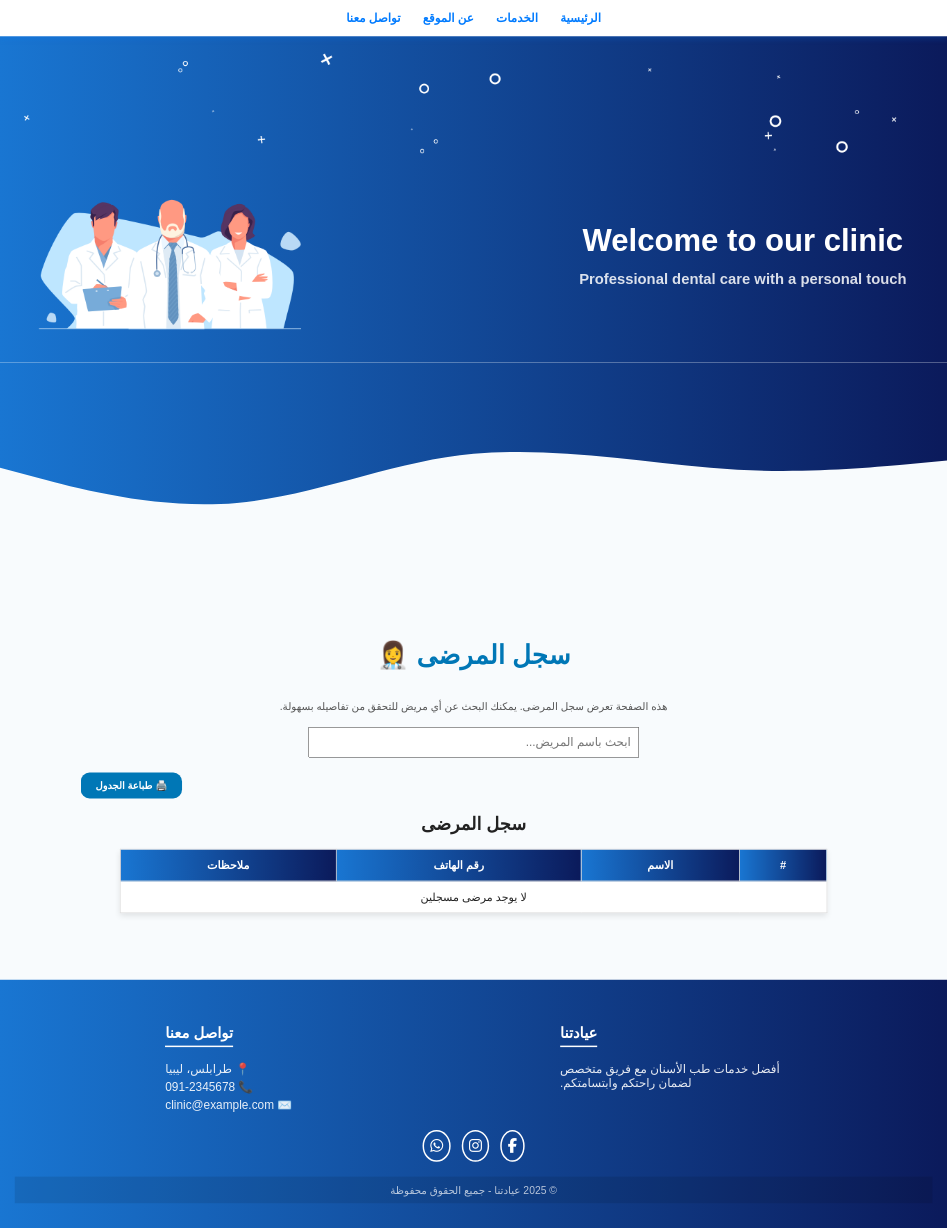
Repository: mysite4/s
Page: http://localhost/services/patients/
The author's editor kept a copy of each file at every save. The page is drawn from the files as they stood at one save, then again after the next save.
The browser window is 1280 px wide. The pictures show the whole page, at 74% of full size.
Some web fonts or font styles are not loaded; a fallback is used. The page is served by the project's application, run on Django 5.2 (manage.py). Other server files are loaded and not shown. Queries for data that is not in the repository find no rows.

Above is the page before, as saved 2025-12-20 16:50:49.

### main/templates/services/patients.html
{% extends 'base.html' %}
{% load static %}

{% block content %}
<link rel="stylesheet" href="{% static 'css/dashboard.css' %}">

<style>
/* ===== الطباعة ===== */
@media print {
  body * {
    visibility: hidden;
  }

  #print-area, #print-area * {
    visibility: visible;
  }

  #print-area {
    position: absolute;
    left: 0;
    top: 0;
    width: 100%;
  }

  .no-print {
    display: none !important;
  }
}
</style>

<div class="page-container fade-in">
  <h1 class="page-title">سجل المرضى 👩‍⚕️</h1>
  <p class="page-desc">هذه الصفحة تعرض سجل المرضى. يمكنك البحث عن أي مريض للتحقق من تفاصيله بسهولة.</p>

  <!-- البحث -->
  <input type="text" id="search" class="no-print" placeholder="ابحث باسم المريض...">

  <!-- زر الطباعة -->
  <div class="no-print" style="text-align:left; margin-bottom:10px;">
    <button onclick="printTable()" class="btn-main">🖨️ طباعة الجدول</button>
  </div>

  <!-- منطقة الطباعة -->
  <div id="print-area">
    <h2 style="text-align:center;">سجل المرضى</h2>

    <table id="patients-table">
      <thead>
        <tr>
          <th>#</th>
          <th>الاسم</th>
          <th>رقم الهاتف</th>
          <th>ملاحظات</th>
        </tr>
      </thead>
      <tbody>
        {% for patient in patients %}
        <tr>
          <td>{{ forloop.counter }}</td>
          <td>{{ patient.name }}</td>
          <td>{{ patient.phone }}</td>
          <td>{{ patient.notes }}</td>
        </tr>
        {% empty %}
        <tr>
          <td colspan="4">لا يوجد مرضى مسجلين</td>
        </tr>
        {% endfor %}
      </tbody>
    </table>
  </div>
</div>

<script>
/* البحث */
document.getElementById('search').addEventListener('keyup', function() {
  const filter = this.value.toLowerCase();
  const rows = document.querySelectorAll('#patients-table tbody tr');

  rows.forEach(row => {
    const name = row.cells[1].textContent.toLowerCase();
    row.style.display = name.includes(filter) ? '' : 'none';
  });
});

/* الطباعة */
function printTable() {
  window.print();
}
</script>

<style>
/* ===== تنسيق الجدول ===== */
#patients-table {
  width: 90%;
  margin: 20px auto;
  border-collapse: collapse;
  box-shadow: 0 4px 8px rgba(0,0,0,0.1);
  font-size: 15px;
  background-color: #fff;
}

#patients-table th,
#patients-table td {
  padding: 12px;
  text-align: center;
  border: 1px solid #ddd;
}

#patients-table th {
  background: linear-gradient(to right, #1976d2, #0b1a5b);
  color: white;
}

#patients-table tr:nth-child(even) {
  background-color: #f9f9f9;
}

#patients-table tr:hover {
  background-color: #f1f1f1;
}

#search {
  display: block;
  width: 40%;
  margin: 20px auto;
  padding: 10px;
  font-size: 16px;
}

.page-desc {
  text-align: center;
  font-size: 14px;
  color: #555;
}
</style>

{% endblock %}

### main/templates/base.html
{% load static %}
<!DOCTYPE html>
<html lang="ar" dir="rtl">
<head>
<meta charset="UTF-8">
<meta name="viewport" content="width=device-width, initial-scale=1.0">
<title>{% block title %}عيادتنا{% endblock %}</title>
<link href="https://fonts.googleapis.com/css2?family=Cairo:wght@200..1000&display=swap" rel="stylesheet">
<link rel="stylesheet" href="https://cdn.jsdelivr.net/npm/swiper@10/swiper-bundle.min.css"/>
<link rel="stylesheet" href="https://cdnjs.cloudflare.com/ajax/libs/font-awesome/6.5.0/css/all.min.css">
<link rel="stylesheet" href="{% static 'css/style.css' %}">
{% block extra_head %}{% endblock %}
</head>
<body>

<!-- الهيدر -->
<nav>
  <ul>
    <li>{% if request.path == '/' %}
  <a href="#" class="active">الرئيسية</a>
{% else %}
  <a href="{% url 'home' %}">الرئيسية</a>
{% endif %}
</li>
    <li>
    {% if request.path == '/' %}
      <a href="#services">الخدمات</a>
    {% else %}
      <a href="{% url 'home' %}#services">الخدمات</a>
    {% endif %}
  </li>
    <li>
    {% if request.path == '/' %}
      <a href="#about">عن الموقع</a>
    {% else %}
      <a href="{% url 'home' %}#about">عن الموقع</a>
    {% endif %}
  </li>
    <li><a href="#contact">تواصل معنا</a></li>
  </ul>
</nav>

<header id="home">
  <div class="header-image">
    <img src="{% static 'image/44.png' %}" alt="صورة شفافة">
  </div>
  <div class="header-content">
    <div class="header-text">
      <h1>Welcome to our clinic</h1>
      <h3>Professional dental care with a personal touch</h3>
    </div>
    <div class="header-icon">
      <img src="{% static 'image/r.png.png' %}" alt="ريم">
    </div>
  </div>
</header>
<!-- موجة -->
<svg class="waves" xmlns="http://www.w3.org/2000/svg" viewBox="0 0 1440 320">
  <defs>
    <linearGradient id="waveGradient" x1="0%" y1="0%" x2="100%" y2="0%">
      <stop offset="0%" style="stop-color:#1976d2;stop-opacity:1" />
      <stop offset="100%" style="stop-color:#0b1a5b;stop-opacity:1"/>
    </linearGradient>
  </defs>
  <path fill="url(#waveGradient)" d="M0,160L60,176C120,192,240,224,360,213.3C480,203,600,149,720,138.7C840,128,960,149,1080,160C1200,171,1320,160,1380,154.7L1440,149L1440,0L0,0Z"></path>
</svg>
<!-- مكان المحتوى لكل صفحة -->
<main>
  {% block content %}{% endblock %}
</main>

<!-- الفوتر -->
<footer id="contact">
  <div class="footer-container">
    <div class="footer-col">
      <h3>عيادتنا</h3>
      <p>أفضل خدمات طب الأسنان مع فريق متخصص لضمان راحتكم وابتسامتكم.</p>
    </div>

    <div class="footer-col">
      <h3>تواصل معنا</h3>
      <ul>
        <li>📍 طرابلس، ليبيا</li>
        <li>📞 091-2345678</li>
        <li>✉️ clinic@example.com</li>
      </ul>
    </div>
  </div>

  <div class="social-icons">
    <a href="#"><i class="fab fa-facebook-f"></i></a>
    <a href="#"><i class="fab fa-instagram"></i></a>
    <a href="#"><i class="fab fa-whatsapp"></i></a>
  </div>

  <p class="bottom-text">© 2025 عيادتنا - جميع الحقوق محفوظة</p>
</footer>

<script src="https://cdn.jsdelivr.net/npm/swiper@10/swiper-bundle.min.js"></script>
{% block extra_js %}{% endblock %}

<!-- Bootstrap JS -->
<script src="https://cdn.jsdelivr.net/npm/bootstrap@5.3.0/dist/js/bootstrap.bundle.min.js"></script>

</body>
</html>

### main/forms.py
from django import forms
from .models import Appointment, Patient

# ---------------- Appointment Form ----------------
class AppointmentForm(forms.ModelForm):
    PAYMENT_CHOICES = (
        ("cash", "كاش"),
        ("card", "بطاقة"),
        ("not_paid", "غير مدفوع"),
    )
    payment_method = forms.ChoiceField(choices=PAYMENT_CHOICES, label="طريقة الدفع")

    class Meta:
        model = Appointment
        fields = ['name', 'phone', 'doctor', 'date', 'time', 'message']
        widgets = {
            'date': forms.DateInput(attrs={'type': 'date'}),
            'time': forms.TimeInput(attrs={'type': 'time'}),
        }

# ---------------- Patient Form ----------------
class PatientForm(forms.ModelForm):
    class Meta:
        model = Patient
        fields = ['name', 'age', 'gender', 'phone', 'disease', 'notes']

### main/models.py
from django.db import models
from django.utils import timezone

# ---------------------- Doctors ----------------------
class Doctor(models.Model):
    name = models.CharField(max_length=100)
    specialty = models.CharField(max_length=100)

    def __str__(self):
        return f"{self.name} - {self.specialty}"


# ---------------------- Patients ----------------------
class Patient(models.Model):
    name = models.CharField(max_length=100)
    age = models.IntegerField(blank=True, null=True)
    gender = models.CharField(max_length=10)
    phone = models.CharField(max_length=15)
    disease = models.CharField(max_length=200, blank=True, null=True)
    created_at = models.DateTimeField(auto_now_add=True)
    notes = models.TextField(blank=True, null=True)

    def __str__(self):
        return self.name


# ---------------------- Appointment ----------------------
class Appointment(models.Model):
    name = models.CharField(max_length=100, verbose_name="اسم المريض")
    phone = models.CharField(max_length=20, verbose_name="رقم الهاتف")
    doctor = models.ForeignKey(Doctor, on_delete=models.CASCADE, verbose_name="الطبيب")
    date = models.DateField(verbose_name="تاريخ الموعد")
    time = models.TimeField(verbose_name="الوقت")
    message = models.TextField(blank=True, null=True, verbose_name="ملاحظات")
    service_price = models.DecimalField(max_digits=10, decimal_places=2, default=500, verbose_name="سعر الكشف")
    created_at = models.DateTimeField(default=timezone.now)

    def __str__(self):
        return f"موعد {self.name} مع {self.doctor.name} بتاريخ {self.date}"


# ---------------------- Invoice ----------------------
class Invoice(models.Model):
    appointment = models.OneToOneField(
        Appointment,
        on_delete=models.CASCADE,
        null=True,
        blank=True
    )
    number = models.CharField(
        max_length=100,
        unique=True,
        null=True,
        blank=True
    )

    total_amount = models.DecimalField(max_digits=10, decimal_places=2, default=0)  # ← أصبح حقل حقيقي
    paid_amount = models.DecimalField(max_digits=10, decimal_places=2, default=0)
    date = models.DateField(default=timezone.now)

    @property
    def remaining_amount(self):
        remaining = self.total_amount - self.paid_amount
        return remaining if remaining > 0 else 0  # يمنع القيم السالبة

    def __str__(self):
        if self.appointment:
            return f"فاتورة {self.number} - {self.appointment.name}"
        return f"فاتورة {self.number} - غير مرتبطة بموعد"


# ---------------------- Payment ----------------------
class Payment(models.Model):
    invoice = models.ForeignKey(
        Invoice,
        on_delete=models.CASCADE,
        related_name="payments",
        null=True,
        blank=True
    )
    amount = models.DecimalField(max_digits=10, decimal_places=2)
    paid_at = models.DateTimeField(auto_now_add=True)

    def __str__(self):
        if self.invoice:
            return f"{self.amount} د.ل - {self.invoice.number}"
        return f"{self.amount} د.ل - فاتورة غير محددة"


# ---------------------- Notification ----------------------
class Notification(models.Model):
    title = models.CharField(max_length=200)
    message = models.TextField()
    created_at = models.DateTimeField(auto_now_add=True)
    is_active = models.BooleanField(default=True)

    def __str__(self):
        return self.title


# ---------------------- Accounting ----------------------
class AccountingItem(models.Model):
    date = models.DateField()
    income = models.FloatField()
    expense = models.FloatField()

    def __str__(self):
        return f"{self.date} - Income: {self.income} / Expense: {self.expense}"


# ---------------------- Doctor Schedule ----------------------
class DoctorSchedule(models.Model):
    name = models.CharField(max_length=100)
    hall = models.CharField(max_length=50)
    start_time = models.TimeField()
    end_time = models.TimeField()

    def __str__(self):
        return self.name

### mysite/urls.py
"""
URL configuration for mysite project.

The `urlpatterns` list routes URLs to views. For more information please see:
    https://docs.djangoproject.com/en/5.2/topics/http/urls/
Examples:
Function views
    1. Add an import:  from my_app import views
    2. Add a URL to urlpatterns:  path('', views.home, name='home')
Class-based views
    1. Add an import:  from other_app.views import Home
    2. Add a URL to urlpatterns:  path('', Home.as_view(), name='home')
Including another URLconf
    1. Import the include() function: from django.urls import include, path
    2. Add a URL to urlpatterns:  path('blog/', include('blog.urls'))
"""
from django.contrib import admin
from django.urls import path, include

urlpatterns = [
    path('admin/', admin.site.urls),
    path('', include('main.urls')),
]

### main/urls.py
from django.urls import path
from . import views
from .views import accounting_dashboard
from .views import print_invoice_view
urlpatterns = [
    path('', views.home, name='home'),
    path('booking/', views.booking_page, name='booking_page'),
    path('services/appointments/', views.appointments, name='appointments'),
    path('appointments/delete/', views.delete_appointment, name='delete_appointment'),
    path('services/patients/', views.patients_view, name='patients'),
     path("accounting-dashboard/", accounting_dashboard, name="accounting_dashboard"),
    path('services/reception/', views.reception, name='reception'),
    path('services/notifications/', views.notifications_page, name='notifications'),
    path('services/statistics/', views.stats_view, name='statistics'),  # ✅ تم التعديل هنا
    path('services/tasks/', views.tasks, name='tasks'),
    path('services/emergency/', views.emergency, name='emergency'),
    path('edit_appointment/', views.edit_appointment, name='edit_appointment'),
    path('appointments/add/', views.add_appointment, name='add_appointment'),
    path('invoice/print/<int:invoice_id>/', print_invoice_view, name='print_invoice'),
]

### main/static/css/dashboard.css
@import url('https://fonts.googleapis.com/css2?family=Cairo:wght@400;600;700&display=swap');

body {
  font-family: 'Cairo', sans-serif;
  background-color: #f8fbfd;
  color: #222;
  margin: 0;
  padding: 0;
  direction: rtl;
}

.page-container {
  width: 90%;
  margin: 60px auto;
  text-align: center;
}

.page-title {
  font-size: 2.2rem;
  color: #0077b6;
  margin-bottom: 40px;
  font-weight: 700;
  text-align: center;

}

.grid-container {
  display: grid;
  grid-template-columns: repeat(auto-fit, minmax(270px, 1fr));
  gap: 25px;
}

.card {
  background-color: #fff;
  padding: 25px;
  border-radius: 18px;
  box-shadow: 0 3px 15px rgba(0, 0, 0, 0.07);
  transition: transform 0.3s ease, box-shadow 0.3s ease;
}

.card:hover {
  transform: translateY(-6px);
  box-shadow: 0 5px 18px rgba(0, 0, 0, 0.1);
}

.card h3 {
  color: #023e8a;
  margin-bottom: 10px;
}

.card p {
  font-size: 0.95rem;
  color: #555;
  margin-bottom: 15px;
}

.btn-main, .btn-secondary, .btn-alert {
  border: none;
  border-radius: 12px;
  padding: 10px 20px;
  cursor: pointer;
  font-weight: bold;
  transition: all 0.3s ease;
}

.btn-main {
  background-color: #0077b6;
  color: white;
}

.btn-main:hover {
  background-color: #0096c7;
}

.btn-secondary {
  background-color: #90e0ef;
  color: #023e8a;
}

.btn-secondary:hover {
  background-color: #48cae4;
}

.btn-alert {
  background-color: #ef476f;
  color: white;
}

.btn-alert:hover {
  background-color: #d62839;
}

.fade-in {
  animation: fadeIn 0.8s ease forwards;
  opacity: 0;
}

@keyframes fadeIn {
  from { opacity: 0; transform: translateY(15px); }
  to { opacity: 1; transform: translateY(0); }
}

.stats-page {
  padding: 40px;
}

.page-subtitle {
  color: #555;
  margin-bottom: 30px;
}

.stats-cards {
  display: grid;
  grid-template-columns: repeat(auto-fit, minmax(230px, 1fr));
  gap: 20px;
  margin-bottom: 40px;
}

.stat-card {
  text-align: center;
  padding: 20px;
  border-radius: 15px;
  background: #fff;
  box-shadow: 0 4px 10px rgba(0,0,0,0.08);
}

.stat-number {
  font-size: 2rem;
  font-weight: bold;
  color: #333;
}

.stat-change {
  display: inline-block;
  margin-top: 8px;
  font-size: 0.9rem;
  border-radius: 12px;
  padding: 4px 10px;
}

.stat-change.positive {
  background: #d4edda;
  color: #155724;
}

.stat-change.negative {
  background: #f8d7da;
  color: #721c24;
}

.stat-change.neutral {
  background: #e2e3e5;
  color: #383d41;
}

.charts-section {
  display: grid;
  grid-template-columns: repeat(auto-fit, minmax(300px, 1fr));
  gap: 25px;
}

.chart-card {
  background: #fff;
  border-radius: 15px;
  box-shadow: 0 4px 10px rgba(0,0,0,0.08);
  padding: 20px;
  text-align: center;
}

.chart-card img {
  width: 100%;
  margin-top: 10px;
  border-radius: 10px;
}

.tasks-page {
  padding: 40px;
}

.page-subtitle {
  color: #555;
  margin-bottom: 25px;
}

.add-task-card {
  display: flex;
  justify-content: center;
  align-items: center;
  gap: 10px;
  margin-bottom: 40px;
}

.task-input {
  width: 60%;
  padding: 12px 15px;
  border-radius: 10px;
  border: 1px solid #ccc;
  font-size: 1rem;
  transition: 0.3s;
}

.task-input:focus {
  border-color: #007bff;
  outline: none;
  box-shadow: 0 0 5px rgba(0,123,255,0.2);
}

.tasks-grid {
  display: grid;
  grid-template-columns: repeat(auto-fit, minmax(270px, 1fr));
  gap: 25px;
}

.task-column {
  background: #fff;
  border-radius: 15px;
  box-shadow: 0 3px 10px rgba(0,0,0,0.08);
  padding: 20px;
}

.task-column h3 {
  margin-bottom: 15px;
  border-bottom: 2px solid #eee;
  padding-bottom: 8px;
}

.task-card {
  background: #f9f9f9;
  border-radius: 12px;
  padding: 15px;
  margin-bottom: 12px;
  box-shadow: 0 2px 6px rgba(0,0,0,0.05);
  transition: 0.3s;
}

.task-card:hover {
  transform: translateY(-3px);
}

.task-card h4 {
  margin: 0 0 5px 0;
  font-size: 1.1rem;
}

.task-card p {
  font-size: 0.9rem;
  color: #555;
}

.tag {
  display: inline-block;
  margin-top: 8px;
  font-size: 0.8rem;
  padding: 4px 10px;
  border-radius: 10px;
  background: #ddd;
}

.in-progress {
  border-left: 5px solid #007bff;
}

.done {
  border-left: 5px solid #28a745;
}

.delayed {
  border-left: 5px solid #dc3545;
}

.emergency-page {
  padding: 40px;
}

.page-subtitle {
  color: #555;
  margin-bottom: 25px;
}

.alert-banner {
  background: #ffe5e5;
  color: #b10000;
  border-left: 6px solid #ff3b3b;
  padding: 15px 20px;
  border-radius: 10px;
  margin-bottom: 30px;
  font-weight: 600;
}

.emergency-grid {
  display: grid;
  grid-template-columns: repeat(auto-fit, minmax(280px, 1fr));
  gap: 25px;
  margin-bottom: 40px;
}

.emergency-card {
  border-radius: 15px;
  padding: 25px;
  color: #fff;
  transition: 0.3s;
  box-shadow: 0 4px 10px rgba(0,0,0,0.15);
}

.emergency-card h3 {
  margin-bottom: 10px;
}

.emergency-card p {
  font-size: 0.95rem;
  opacity: 0.9;
  margin-bottom: 15px;
}

.emergency-card.red {
  background: linear-gradient(135deg, #e53935, #b71c1c);
}

.emergency-card.orange {
  background: linear-gradient(135deg, #ff9800, #e65100);
}

.emergency-card.green {
  background: linear-gradient(135deg, #4caf50, #1b5e20);
}

.emergency-card:hover {
  transform: translateY(-5px);
}

.contact-emergency {
  background: #fff;
  padding: 25px;
  border-radius: 15px;
  text-align: center;
  box-shadow: 0 3px 10px rgba(0,0,0,0.08);
}

.hotline {
  font-size: 1.6rem;
  font-weight: 700;
  color: #e53935;
  margin: 10px 0 20px;
}

.pulse {
  animation: pulse 1.5s infinite;
}

@keyframes pulse {
  0% { transform: scale(1); box-shadow: 0 0 0 0 rgba(229,57,53, 0.6); }
  70% { transform: scale(1.05); box-shadow: 0 0 0 10px rgba(229,57,53, 0); }
  100% { transform: scale(1); box-shadow: 0 0 0 0 rgba(229,57,53, 0); }
}

Loaded but not shown: main/static/css/style.css (439 lines, source omitted); main/views.py (194 lines, source omitted)

After the next save:
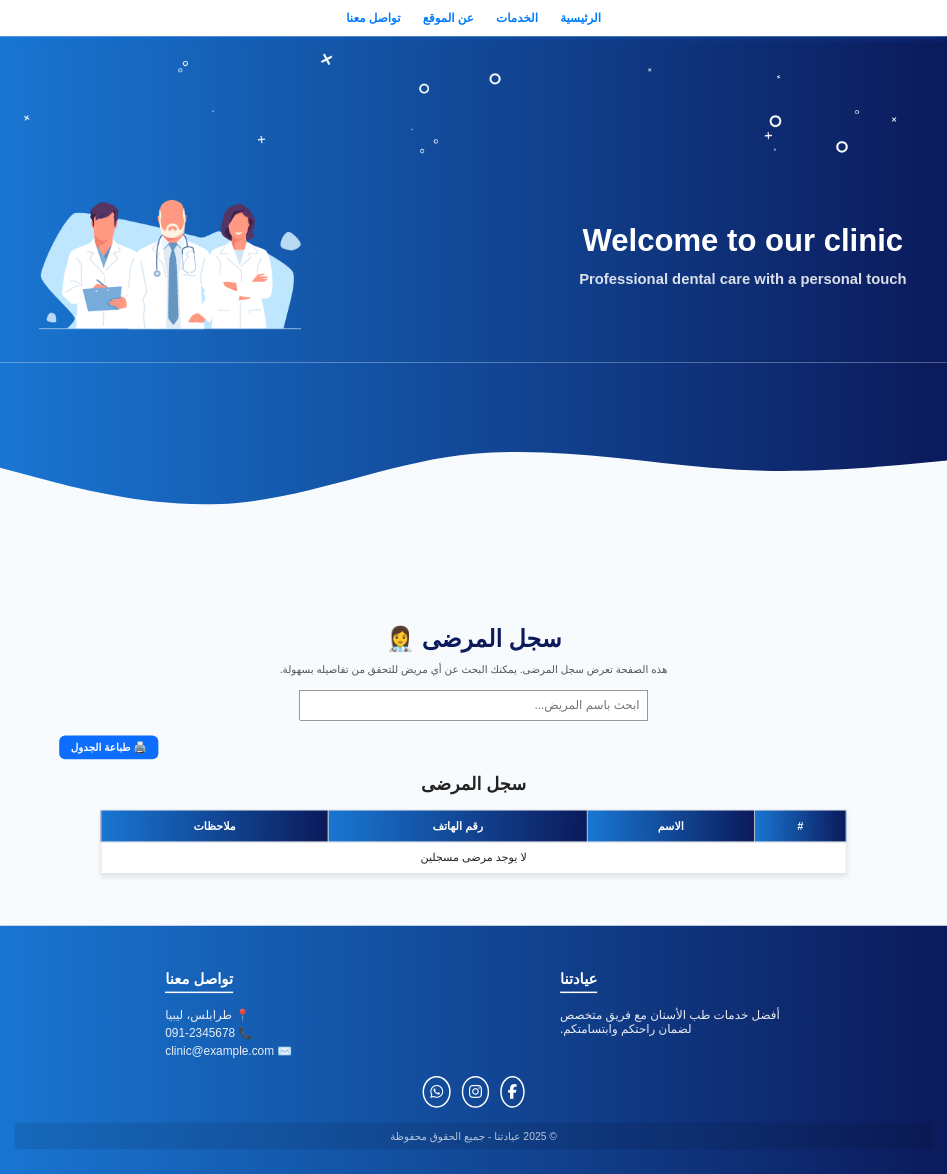
Saved 2 min 29 s later.
--- a/main/templates/services/patients.html
+++ b/main/templates/services/patients.html
@@ -25,6 +25,85 @@
   .no-print {
     display: none !important;
   }
+}
+
+/* ===== تنسيق الصفحة ===== */
+.page-container {
+    width: 95%;
+    margin: 40px auto;
+    font-family: 'Cairo', sans-serif;
+    display: block !important;
+    opacity: 1 !important;
+}
+
+.page-title {
+    font-size: 32px;
+    font-weight: bold;
+    color: #0b1a5b;
+    text-align: center;
+    margin-bottom: 10px;
+}
+
+.page-desc {
+    text-align: center;
+    font-size: 14px;
+    color: #555;
+    margin-bottom: 20px;
+}
+
+/* ===== الجدول ===== */
+#patients-table {
+  width: 90%;
+  margin: 20px auto;
+  border-collapse: collapse;
+  box-shadow: 0 4px 8px rgba(0,0,0,0.1);
+  font-size: 15px;
+  background-color: #fff;
+}
+
+#patients-table th,
+#patients-table td {
+  padding: 12px;
+  text-align: center;
+  border: 1px solid #ddd;
+}
+
+#patients-table th {
+  background: linear-gradient(to right, #1976d2, #0b1a5b);
+  color: white;
+}
+
+#patients-table tr:nth-child(even) {
+  background-color: #f9f9f9;
+}
+
+#patients-table tr:hover {
+  background-color: #f1f1f1;
+}
+
+/* ===== البحث ===== */
+#search {
+  display: block;
+  width: 40%;
+  margin: 20px auto;
+  padding: 10px;
+  font-size: 16px;
+}
+
+/* ===== زر الطباعة ===== */
+.btn-main {
+    background: #0d6efd;
+    color: white;
+    padding: 8px 16px;
+    border-radius: 8px;
+    border: none;
+    cursor: pointer;
+    font-size: 14px;
+    font-weight: bold;
+}
+
+.btn-main:hover {
+    background: #0b5ed7;
 }
 </style>
 
@@ -89,50 +168,4 @@ function printTable() {
 }
 </script>
 
-<style>
-/* ===== تنسيق الجدول ===== */
-#patients-table {
-  width: 90%;
-  margin: 20px auto;
-  border-collapse: collapse;
-  box-shadow: 0 4px 8px rgba(0,0,0,0.1);
-  font-size: 15px;
-  background-color: #fff;
-}
-
-#patients-table th,
-#patients-table td {
-  padding: 12px;
-  text-align: center;
-  border: 1px solid #ddd;
-}
-
-#patients-table th {
-  background: linear-gradient(to right, #1976d2, #0b1a5b);
-  color: white;
-}
-
-#patients-table tr:nth-child(even) {
-  background-color: #f9f9f9;
-}
-
-#patients-table tr:hover {
-  background-color: #f1f1f1;
-}
-
-#search {
-  display: block;
-  width: 40%;
-  margin: 20px auto;
-  padding: 10px;
-  font-size: 16px;
-}
-
-.page-desc {
-  text-align: center;
-  font-size: 14px;
-  color: #555;
-}
-</style>
-
 {% endblock %}
